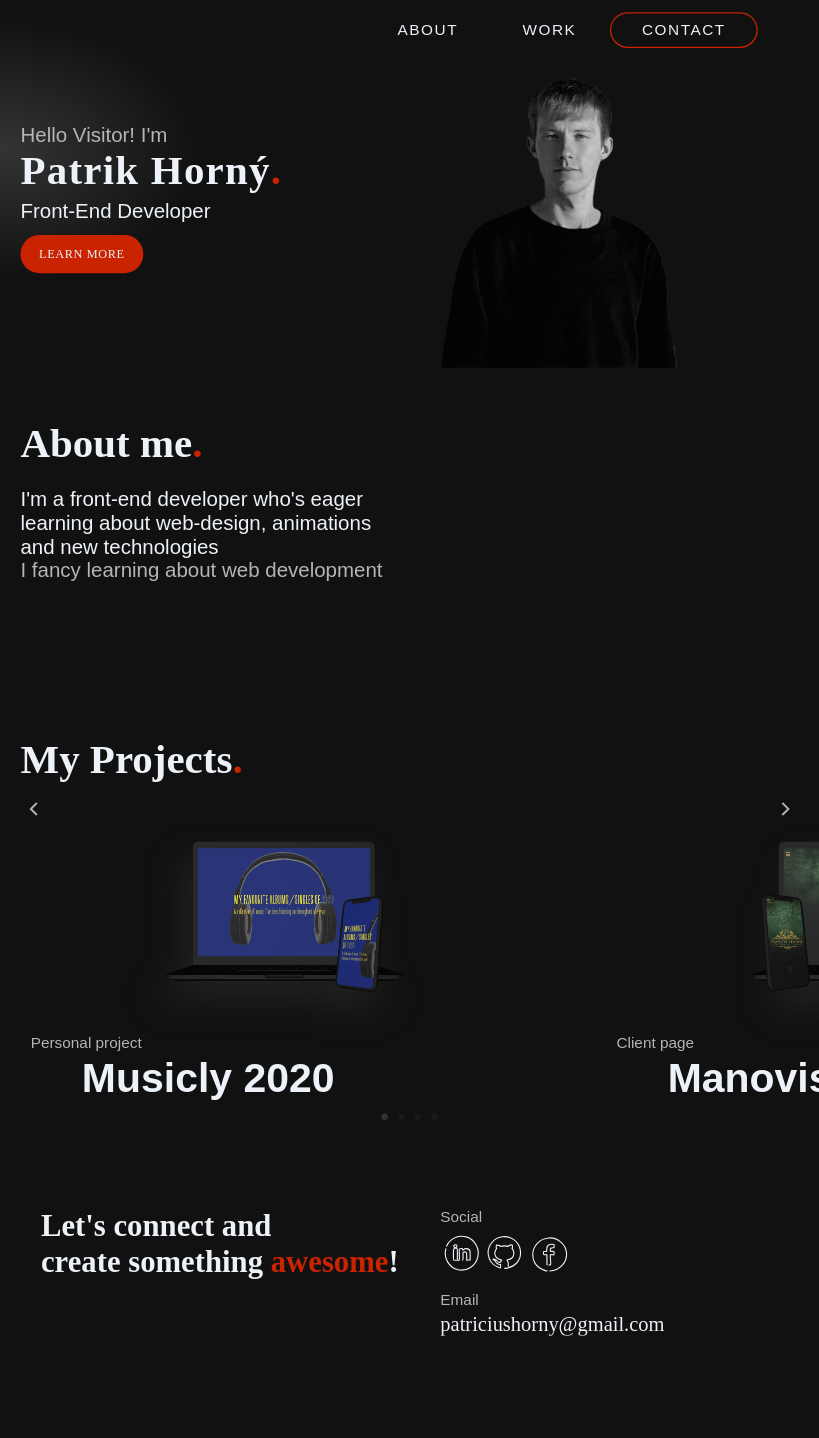
Repository: Spreceriany/portfolio
Page: index.html
The author's editor kept a copy of each file at every save. The page is drawn from the files as they stood at one save, then again after the next save.
The browser window is 1280 px wide. The pictures show the whole page, at 64% of full size.
Some web fonts or font styles are not loaded; a fallback is used. The style sheet was rebuilt from its Sass, Less or Tailwind sources for each picture, by a compiler version that may differ from the author's.

Above is the page before, as saved 2021-03-10 22:27:26.

### index.html
<!DOCTYPE html>
<html lang="en">

<head>
    <meta charset="UTF-8">
    <meta http-equiv="X-UA-Compatible" content="IE=edge">
    <meta name="viewport" content="width=device-width, initial-scale=1.0">
    <title>Patrik Horny | Portfolio</title>
    <link rel="stylesheet" href="css/style.css">
    <link rel="preconnect" href="https://fonts.gstatic.com">
    <link href="https://fonts.googleapis.com/css2?family=Asul&family=Chivo:wght@900&display=swap" rel="stylesheet">
    <link rel="stylesheet" href="https://unpkg.com/flickity@2/dist/flickity.min.css">

</head>

<body>
    <header>
        <nav>
            <ul>
                <li><a href="#">About</a></li>
                <li><a href="#">Work</a></li>
                <li><a href="#">Contact</a></li>
            </ul>
            <div class="burger">
                <div class="line1"></div>
                <div class="line2"></div>
                <div class="line3"></div>
            </div>
        </nav>
    </header>

    <main>
        <section class="hero">
            <div class="hero__left-col">
                <p class="gray">Hello Visitor! I'm</p>
                <h1>Patrik Horný<span class="orange">.</span></h1>
                <p>Front-End Developer</p>
                <a href="#" class="btn">Learn more</a>

            </div>
            <div class="hero__right-col">
                <img src="./img/my_photo.png" alt="my-photo">

            </div>
        </section>

        <section class="about">
            <div class="about__left-col">
                <h2>About me<span class="orange">.</span></h2>
                <p>I'm a front-end developer who's eager learning about web-design, animations and new technologies
                </p>
                <p class="gray">I fancy learning about web development</p>
            </div>


        </section>

        <section class="work">
            <h2>My Projects<span class="orange">.</span></h2>
            <div class="carousel">

                <a class="work__item" href="https://musicly2020.netlify.app/">
                    <div class="block">
                        <img srcset="./img/musicly-mob/musicly-sm_aquzlh_c_scale,w_200.png 200w,
                        ./img/musicly-mob/musicly-sm_aquzlh_c_scale,w_662.png 611w,
                         ./img/musicly-lg.png  900w" src="./img/mobile/musicly-sm.png"class="carousel-img" alt="musicly">

                        <small>Personal project</small>
                        <h3>Musicly 2020</h3>
                    </div>
                </a>

                <a class="work__item" href="https://manovistudio.dk/">
                    <div class="block">
                         <img srcset="./img/manovi-mob/manovistudio_euxpyv_c_scale,w_200.png 200w,
                         ./img/manovi-mob/manovistudio_euxpyv_c_scale,w_519.png 433w,
                         ./img/manovi-mob/manovistudio_euxpyv_c_scale,w_741.png 611w,
                         ./img/manovi-lg.png 900w"

                         src="./img/mobile/manovistudio.png" alt="manovistudio">
                         <small>Client page</small>
                         <h3>Manovistudio</h3>
                    </div>

                </a>

                <a class="work__item" href="https://wrappedgreen.netlify.app/">
                    <div class="block">
                          <img srcset="./img/wrapped-mob/wrapped-sm_lgvr6n_c_scale,w_200.png 200w,
                          ./img/wrapped-mob/wrapped-sm_lgvr6n_c_scale,w_583.png 433w,
                          ./img/wrapped-mob/wrapped-sm_lgvr6n_c_scale,w_848.png 644w,
                          ./img/wrapped-lg.png 900w"


                          src="./img/mobile/wrapped-sm.png" alt="wrappedgreen">
                          <small>Landing page</small>
                          <h3>Wrapped Green</h3>
                    </div>

                </a>



                <a class="work__item" href="https://loopstudiovr.netlify.app/">
                    <div class="block">
                        <img srcset="./img/loop-mob/loopstudios-sm_hzrmrv_c_scale,w_200.png 200w,
                        ./img/loop-mob/loopstudios-sm_hzrmrv_c_scale,w_433.png 433w,
                        ./img/loop-mob/loopstudios-sm_hzrmrv_c_scale,w_611.png 611w,
                        ./img/loop-lg.png 900w" src="./img/loop-mob/loopstudios-sm_hzrmrv_c_scale,w_200.png"
                    alt="loopstudios">
                        <small>Landing page</small>
                        <h3>Loopstudios</h3>

                    </div>

                </a>





            </div>

        </section>

        <section class="contact">
            <div class="contact__left-col">
                <h3>Let's connect and</h3>
                <h3>create something <span class="orange">awesome</span>! </h3>
            </div>

            <div class="contact__right-col">
                <small class="gray">Social
                </small>
                <ul>
                    <li><a href="https://www.linkedin.com/in/patrik-horn%C3%BD-42b797205/">
                            <?xml version="1.0" ?><svg height="256px" id="Layer_1" version="1.1" viewBox="0 0 256 256"
                                width="256px" xml:space="preserve" xmlns="http://www.w3.org/2000/svg"
                                xmlns:xlink="http://www.w3.org/1999/xlink">
                                <path class="st0"
                                    d="M34.367,105.308c-15.255,58.994,21.499,118.714,77.309,130.865c54.491,11.864,108.741-24.931,122.132-78.209  c13.576-54.011-18.103-112.414-72.055-127.246C77.289,8.035,39.505,84.527,39.501,88.37" />
                                <path class="st0"
                                    d="M106.662,168.972c-0.36-21.051,0.978-61.432-0.945-63.422  c-1.923-1.99-17.046-7.923-19.883-12.471c-2.838-4.548-2.011-13.662,8.126-13.674s11.419,8.666,8.78,14.31  c-2.64,5.644-17.584,9.811-19.288,12.105c-1.704,2.294-2.429,68.28,0,69.899c2.429,1.619,32.926,1.484,35.624-0.54  c2.699-2.024-3.374-67.47,0-69.09s17.407-1.889,19.162-1.079c1.754,0.81,0.675,7.692,1.889,8.366  c1.214,0.675,10.171-11.177,24.289-9.446c10.46,1.282,19.837,10.121,21.321,18.892s0.899,34.545,0.54,51.817  c-7.197,0.27-14.394,0.675-21.59,0.945c-0.27-14.574,1.08-33.6-0.81-43.586c-1.889-9.986-22.328-9.849-22.13,0  s1.619,43.586-2.699,43.451"
                                    id="linkedin" />
                            </svg>
                        </a></li>
                    <li><a href="https://github.com/Spreceriany">
                            <?xml version="1.0" ?><svg height="256px" id="Layer_2" version="1.1" viewBox="0 0 256 256"
                                width="256px" xml:space="preserve" xmlns="http://www.w3.org/2000/svg"
                                xmlns:xlink="http://www.w3.org/1999/xlink">
                                <path class="st0" d="M128.1,222.073" />
                                <path class="st0"
                                    d="M130.164,226.986c63.917-3.557,108.667-52.057,97.259-116.5c-9.288-52.47-60.722-87.613-112.739-80.577  C61.952,37.041,21.39,85.877,27.386,139.004c5.689,47.857,35.128,70.23,59.685,80.335c5.717,2.353,13.401,5.785,15.997,5.229  c2.596-0.556,1.763-14.95,1.763-21.889c-16,2.459-21.475-3.841-24.875-7.563c-3.857-4.222-6.125-8.563-10.063-14.938  s-11.063-4.875-11.813-8.563s15-2.688,26.313,11.25c8.188,10.146,16.928,7.089,21.625,4.188c0.154-1.612,0.526-3.775,1.438-6.188  c0.967-2.557,3.625-4.104,3.208-5.854c-0.417-1.75-21.804-0.577-34-17.667c-8.809-12.344-9.129-26.955-5.667-37.833  c2.322-7.297,6.196-12.443,8.833-15.417c-1.011-2.162-2.513-6.109-2.583-11.25c-0.076-5.549,1.554-9.796,2.583-12  c3.492,0.104,8.54,0.644,14.25,2.667c5.469,1.937,9.593,4.542,12.333,6.583c4.975-1.671,12.218-3.489,21.083-3.667  c10.135-0.203,18.344,1.819,23.667,3.583c2.616-2.336,6.987-5.648,13.167-7.917c4.489-1.648,8.518-2.229,11.5-2.417  c1.143,2.165,3.075,6.519,3.167,12.332c0.085,5.351-1.426,9.47-2.416,11.664c2.867,3.459,7.394,9.875,9.502,18.995  c0.751,3.249,4.857,20.981-6.996,36.24c-12.408,15.974-33.06,13.524-33.992,15.73c-0.932,2.206,3.964,6.297,6.266,14.877  c2.302,8.58,1.327,24.979,1.327,24.979" />
                            </svg>
                        </a></li>

                    <li><a href="https://www.facebook.com/profile.php?id=100007154296012">
                            <?xml version="1.0" ?><svg height="256px" id="Layer_1" version="1.1" viewBox="0 0 256 256"
                                width="256px" xml:space="preserve" xmlns="http://www.w3.org/2000/svg"
                                xmlns:xlink="http://www.w3.org/1999/xlink">
                                <g>
                                    <path class="st0"
                                        d="M118.489,204.01c0.668-30.724-0.583-59.627-0.514-61.433c0.099-2.572-16.945,1.061-19.046-1.053   c-2.101-2.114-3.309-18.205-0.521-19.591s15.355,1.129,18.007-0.526c2.652-1.655-11.513-55.269,46.601-43.421   c1.589,0.795-0.132,18.732-1.059,20.122c-0.927,1.39-12.708-1.787-19.062,3.177c-6.354,4.964-3.707,18.664-2.383,19.591   c1.324,0.927,20.188,0.198,21.445,1.589s1.456,18.798,0,20.122c-1.456,1.324-20.819-2.41-22.769-1.058   c-1.606,1.113,4.224,60.038,2.558,62.373c-1.666,2.335-7.731,2.133-11.56,2.226" />
                                    <path class="st0"
                                        d="M136.577,243.358c60.912-1.648,108.145-53.478,104.395-110.472c-3.662-55.647-54.02-97.612-108.923-95.753   C76.39,39.017,29.02,85.605,29.68,141.555c1.549,87.443,85.505,102.61,89.2,101.551" />
                                </g>
                            </svg>
                        </a></li>
                </ul>
                <small class="gray">Email</small>
                <a href="mailto:patriciushorny@gmail.com">patriciushorny@gmail.com</a>
            </div>

        </section>
    </main>

    <script src="https://unpkg.com/flickity@2/dist/flickity.pkgd.min.js"></script>

    <script src="js/script.js"></script>

</body>

</html>

### js/script.js
var elem = document.querySelector(".carousel");
var flkty = new Flickity(elem, {
  contain: true,

  prevNextButtons: true,
  pageDots: true,
  cellAlign: "left",
  contain: true,
  wrapAround:true,

});

### css/style.scss
$white-ish: #edf2f8;
$orange: rgb(201, 35, 0);
$gray: #b5b5b5;
$black: #111111;

body {
  font-family: "Asul", "Chivo", sans-serif;
  margin: auto;
  max-width: 1920px;
  overflow-x: hidden;
  background: radial-gradient(
    59.93% 44.1% at -11.63% 36.77%,
    #343434 0%,
    #111111 100%
  );
}

* {
  box-sizing: border-box;
  margin: 0;
  padding: 0;
  -webkit-font-smoothing: antialiased;
  -moz-osx-font-smoothing: grayscale;
}

.orange {
  color: $orange;
}

.gray {
  color: $gray;
}

@mixin clamping($min, $mid, $max) {
  font-size: clamp($min, $mid, $max);
}

@mixin grid($breakpoint){
  display:grid;
  grid-template-columns: 1fr;
  @media(min-width:$breakpoint){
    grid-template-columns: 1fr 1fr;
  }
}

header {
  max-width: 1440px;
  margin: 0 auto;
  min-height: 13vh;
  position: absolute;
  top: 0;
  left: 0;
  right: 0;
  display: flex;
  justify-content: flex-end;
  z-index: 2;
  nav {
    min-height: 10vh;
    display: flex;
    align-items: center;
    top: 0;
    right: 0;

    .burger {
      cursor: pointer;
      margin-right: 2em;
      @media (min-width: 996px) {
        display: none;
      }
      div {
        background-color: $orange;
        margin: 0.3em;
        transition: transform 500ms ease, opacity 500ms ease, width 500ms ease;
        &:nth-child(1) {
          width: 1.5em;
          height: 0.2em;
        }
        &:nth-child(2) {
          width: 1em;
          height: 0.2em;
        }

        &:nth-child(3) {
          width: 0.6em;
          height: 0.2em;
        }
      }
    }

    ul {
      margin-left: auto;
      display: none;
      @media (min-width: 992px) {
        display: block;
      }

      li {
        display: inline-block;
        padding: 0.5em 2em;
        font-size: 1.5rem;
        text-transform: uppercase;
        cursor: pointer;

        &:last-of-type {
          border: 2px solid $orange;
          border-radius: 9999px;
          background-image: linear-gradient($orange, $orange);
          background-position: 50% 50%;
          background-repeat: no-repeat;
          background-size: 0% 100%;
          transition: background-size 0.3s;
          margin-right: 4em;
          &:hover {
            background-size: 100% 100%;
          }
        }

        &:not(:last-child) a:hover {
          color: $orange;
        }
        a {
          width: 100%;
          text-decoration: none;
          color: $white-ish;
          letter-spacing: 0.1em;
          transition: color 0.3s ease-out;
        }
      }
    }
  }
}

main {
  margin: 0 auto;
  background-color: black;
}

.btn {
  background-color: $orange;
  padding: 1em 0.7em;
  color: $white-ish;
  border-radius: 9999px;
  width: 10em;
  flex-shrink: 0;
  text-align: center;
  text-decoration: none;
  text-transform: uppercase;
  font-family: "Chivo";
  letter-spacing: 0.05em;
  margin: 1em 0;
  @include clamping(.8rem,3vw ,1.2rem );
  &:hover {
    background-color: transparent;
  }
  @media(min-width:556px){

    padding: 1em .5em;

  }
}

.hero {
  width: 100%;

  margin: 0 auto;
  min-height: 80vh;
  @media(min-width:556px){
    max-height: 100vh;
  }
  background: radial-gradient(
    59.93% 44.1% at -11.63% 36.77%,
    #343434 0%,
    #111111 100%
  );
  @media(min-width:556px){
    background: radial-gradient(23.93% 35.1% at 0.37% 40.77%, #343434 0%, #111111 100%);
  }
  align-items: center;
  color: $white-ish;
  position: relative;
  @include grid(556px);

  &__left-col {
    display: flex;
    flex-direction: column;
    padding-left: 2em;
    padding-top: 4em;
    ul {
      list-style-type: none;
      li {
        display: inline-flex;
        width: 2em;
        img {
          width: 100%;
        }
      }
    }

    p {
      @include clamping(1rem, 3vw, 2rem);
    }

    h1 {
      @include clamping(2rem, 5vw, 6rem);
      margin-bottom: 0.1em;
      letter-spacing: 0.03em;
      font-family: "Chivo";
    }
  }

  &__right-col {
    position: relative;

    display: flex;
    flex-direction: column;
    align-items: flex-end;
    width: 100%;
    height: 100%;
    &::after {
      content: "";
      position: absolute;
      width: 100%;
      height: 100%;
      bottom: 0;
      left: 0;
      box-shadow: inset 0 -10px 10px -10px #000000;
      @media(min-width:556px){
        box-shadow: none;
      }
    }
    img {
      position: absolute;
      width: 70%;
      right: 0;
      bottom: 0;
      @media(min-width:556px){
        max-width: 90%;
        object-fit: contain;
        height: 80%;
        left:0;
        right: auto;
      }
    }
  }
}

.about {
  width: 100%;
  padding: 5em 0 10em 0;
  background-color: #111111;
  color: $white-ish;
  display: grid;

  @include grid(556px);
  &__left-col {
    padding: 0 2em;
    h2 {
      font-family: "Chivo";
      @include clamping(2rem, 5vw, 6rem);
      margin-bottom: 0.5em;
    }
    p{
      @include clamping(1.2rem, 3vw, 2rem);
    }
  }


}

.work {
  width: 100%;
  padding: 5em 0;
  position: relative;
  background-color: $black;
  h2 {
    color: $white-ish;
    font-family: "Chivo";
    padding-left: 1em;
    @include clamping(2rem, 5vw, 6rem);
    @media(min-width:663px){
      padding-left: .5em;
    }
  }
  &__item {
    position: relative;
    width: 69%;
    height: 100%;
    margin-right: 2em;
    display: flex;
    flex-direction: column;
    padding-bottom: 2em;


    .link{
      opacity:0;
      position: absolute;
      top: 100%;
      left: 24%;
      text-decoration: none;
      color: $white-ish;
      border:1px solid $white-ish;
    }


    .block{
      height: 100%;
    }
    .block:hover {
      .link{
        opacity:1;
        z-index: 5;
      }



    }
    img {
      width: 100%;
      height: 100%;
      object-fit: contain;
      position: relative;
    }
    &:nth-child(odd) img {
      filter: drop-shadow(-17px 31px 25px rgb(32, 32, 32));
    }
    &:nth-child(even) img {
      filter: drop-shadow(20px 31px 25px rgb(32, 32, 32));
    }

    small {
      display: block;
      color: $gray;
      font-size: clamp(0.8rem, 3vw, 1.5rem);
    }
    h2 {
      color: $white-ish;
      font-family: "Asul";
      letter-spacing: 0.02em;
      padding-left: 0;
      font-weight: normal;
      @include clamping(1.7rem, 5vw, 6rem);
    }

    h3{
      @include clamping(1.7rem, 5vw, 4rem);
      color: $white-ish;
    }

    small,
    h3 {
      position: absolute;
      margin-top: 1.5em;
      top: 74%;
      padding-left: 2em;

      @media(min-width:1000px){
        margin-top:  0.8em;
      }
    }
  }
}

.carousel{
  width:100%;
  height:50vh;
  @media(min-width:1212px){
    height: 70vh;
  }

}




.flickity-viewport{
  height: 100% !important;
}

.contact{
  width: 100%;
  padding: 5em 0 10em 2em;
  background: $black;
  color: $white-ish;
  display: grid;
  grid-template-columns: 1fr;
  @media(min-width:556px){
    grid-template-columns: 1fr 1fr;
  }


  &__left-col{
    margin-bottom: 2em;
    font-family: 'Asul';
    padding: 0em 2em;
    @media(max-width:556px){
      padding: 0;
    }
    h3{
      @include clamping(2rem, 5vw, 3rem);


      .orange{

        font-weight: bold;


      }
    }
  }

  &__right-col{
    display: flex;
    flex-direction: column;
    @media(max-width:556px){
      padding:0;
    }
    padding: 0em 2em;

    small{
      @include clamping(.9rem,3vw ,1.5rem );
      margin-bottom: .2em ;
    }

    svg {
      width: 100%;
      height: 100%;
      fill: none;
      stroke: #edf2f8;
      stroke-width: 7;
      stroke-linecap: round;
      stroke-linejoin: round;
      stroke-miterlimit: 10;
      transition: stroke 0.3s, transform 0.3s ease-in;
      &:hover {
        stroke: $orange !important;
        transform: translateY(-2px);
      }
    }

    ul {
      list-style-type: none;
      li {
        display: inline-flex;
        width: 3em;
        @media(min-width:556px){
          width: 4em;
          margin-bottom: 1.5em;
        }
        img {
          width: 100%;
        }
      }
    }

    a{
      @include clamping(1.5rem, 5vw, 2rem);
      position: relative;
      display: inline-block;
      color: $orange;
      overflow: hidden;
      background: linear-gradient(to right, $orange, $orange 50%, $white-ish 50%);
      background-clip: text;
      -webkit-background-clip: text;
      -webkit-text-fill-color: transparent;
      background-size: 200% 100%;
      background-position: 100%;
      transition: background-position 275ms ease;
      text-decoration: dashed;
      font-family: 'Chivo';
      &:hover {
        background-position: 0 100%;
      }
    }
  }
}

.flickity-prev-next-button{
  top: 8% !important;
  width: 27px !important;
  height: 27px !important;
  border-radius: none !important;
  transform: translateY(-50%);
  margin: 0 1em;

  @media(min-width:556px){
    margin:0 2em;
    width: 35px !important;;
    height: 35px !important;
  }
}

.flickity-button {
  position: absolute;
  background: transparent !important;
  border: none;
  color: $gray !important;
}

After the next save:
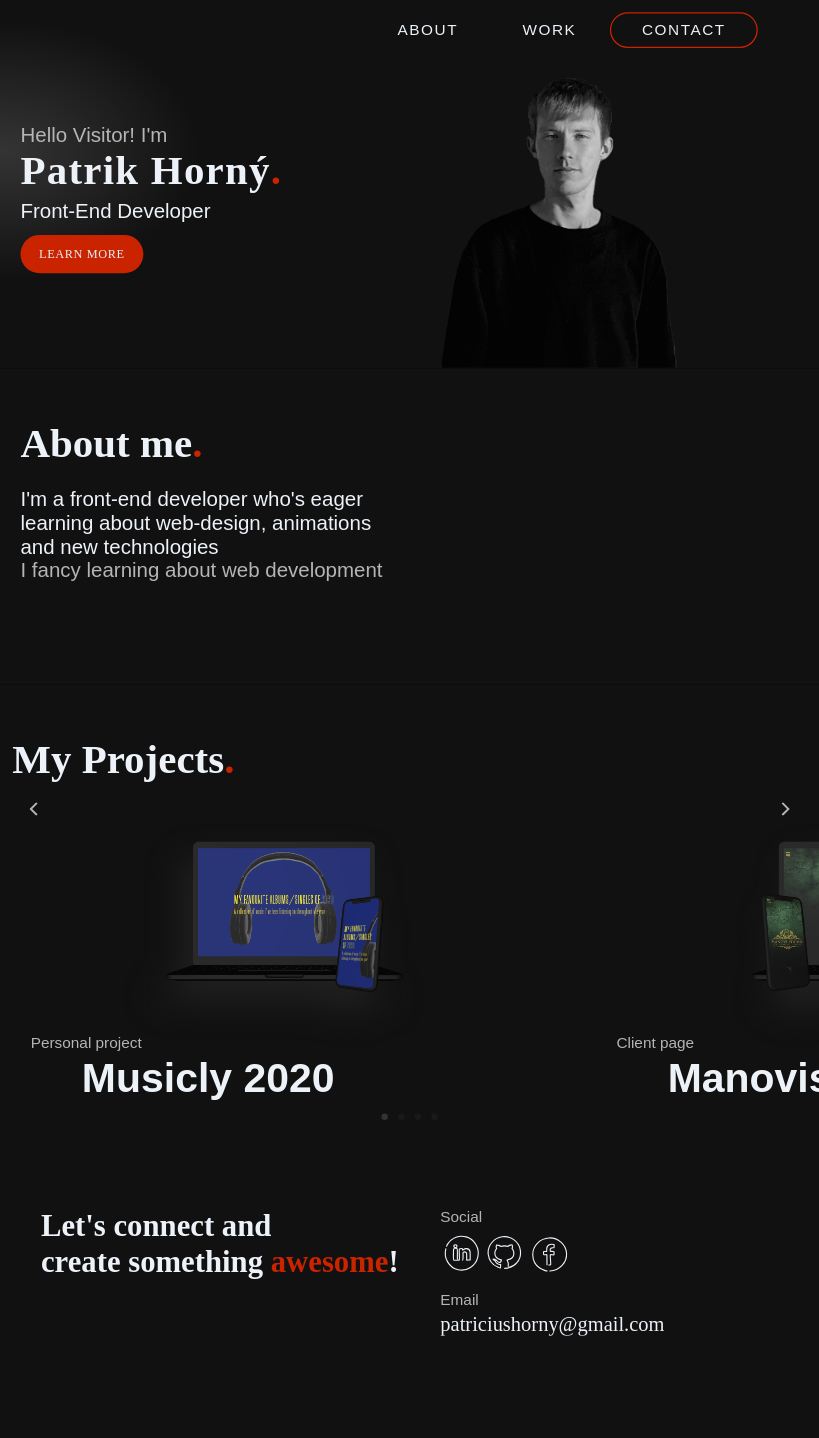
Saved 2 min 34 s later.
--- a/css/style.scss
+++ b/css/style.scss
@@ -278,7 +278,7 @@ main {
     padding-left: 1em;
     @include clamping(2rem, 5vw, 6rem);
     @media(min-width:663px){
-      padding-left: .5em;
+      padding-left: .3em;
     }
   }
   &__item {
